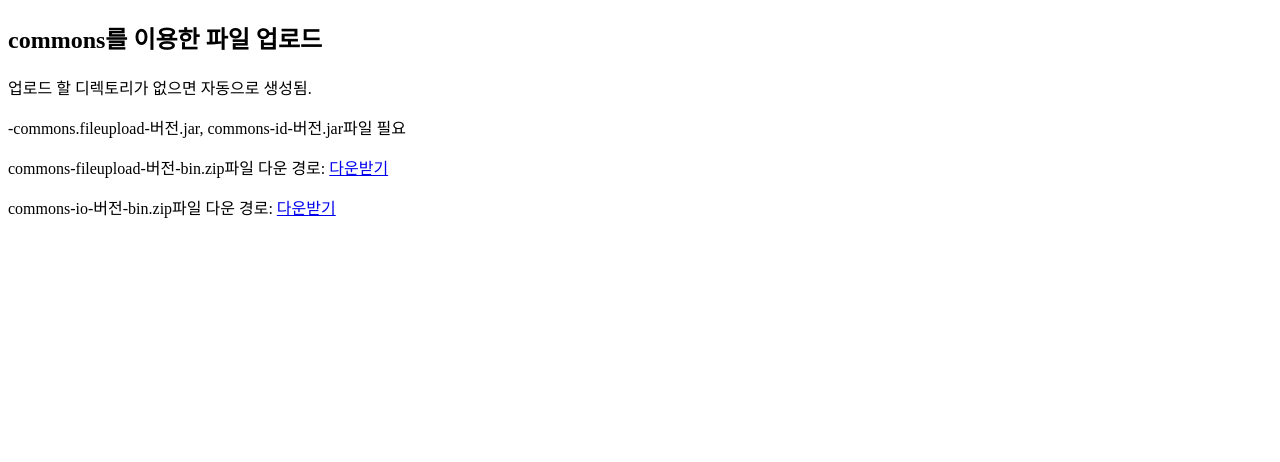
Repository: iwanttogohomenow/jspwork
Page: http://localhost/second/11_03_fileupload03.jsp
These files come from the project's save history. The page is drawn as it stood at one moment and after a run of saves; the edit follows.
The browser window is 1280 px wide. The pictures show the whole page.
The page is served by Tomcat 9. Other server files are loaded and not shown.

Above is the page before, as saved 2023-03-08 08:04:58.

### second/src/main/webapp/11_03_fileupload03.jsp
<%@ page language="java" contentType="text/html; charset=UTF-8"%>
<!DOCTYPE html>
<html>
<head>
<title>File upload</title>
</head>
<body>
<h2>commons를 이용한 파일 업로드</h2>
<p>업로드 할 디렉토리가 없으면 자동으로 생성됨.</p>
<p> -commons.fileupload-버전.jar, commons-id-버전.jar파일 필요</p>
<dl>
<p>commons-fileupload-버전-bin.zip파일 다운 경로:
<a href="https://commons.apache.org/proper/commons-fileupload/download_fileupload.cgi" target="_blank">다운받기</a></p>
<p>commons-io-버전-bin.zip파일 다운 경로:
<a href="https://commons.apache.org/proper/commons-io/download_io.cgi" target = "_blank">다운받기</a></p>


</dl>
<form action="11_03_fileupload03_process.jsp" method="post" enctype="multipart/form-data">


</form>

</body>
</html>

After the next 2 saves:
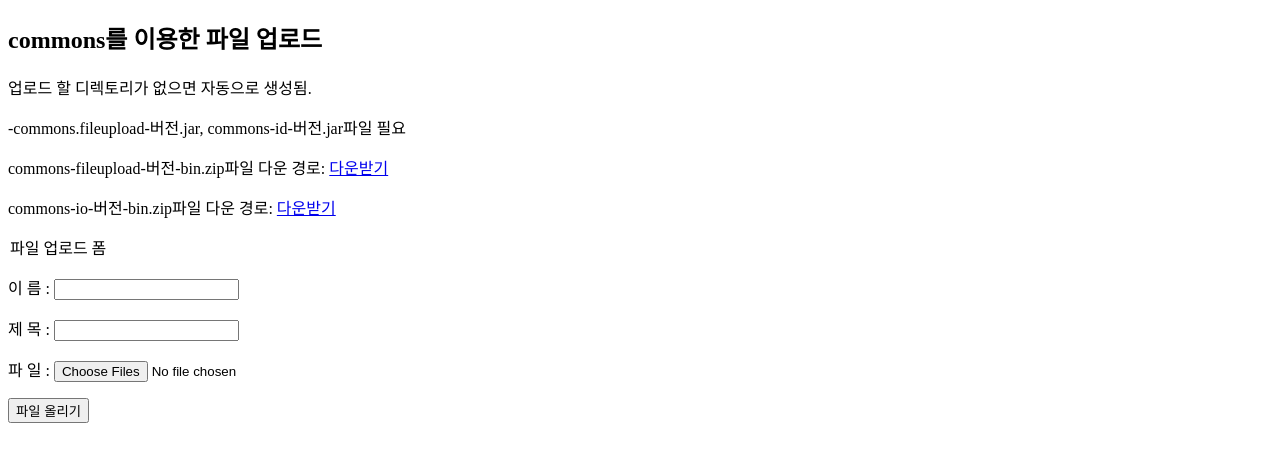
The 2 saves are shown as one change because 1 did not build or start.
The last was saved 13 min 42 s later.
--- a/second/src/main/webapp/11_03_fileupload03.jsp
+++ b/second/src/main/webapp/11_03_fileupload03.jsp
@@ -5,21 +5,45 @@
 <title>File upload</title>
 </head>
 <body>
-<h2>commons를 이용한 파일 업로드</h2>
-<p>업로드 할 디렉토리가 없으면 자동으로 생성됨.</p>
-<p> -commons.fileupload-버전.jar, commons-id-버전.jar파일 필요</p>
-<dl>
-<p>commons-fileupload-버전-bin.zip파일 다운 경로:
-<a href="https://commons.apache.org/proper/commons-fileupload/download_fileupload.cgi" target="_blank">다운받기</a></p>
-<p>commons-io-버전-bin.zip파일 다운 경로:
-<a href="https://commons.apache.org/proper/commons-io/download_io.cgi" target = "_blank">다운받기</a></p>
+	<h2>commons를 이용한 파일 업로드</h2>
+	<p>업로드 할 디렉토리가 없으면 자동으로 생성됨.</p>
+	<p>-commons.fileupload-버전.jar, commons-id-버전.jar파일 필요</p>
+	<dl>
+		<p>
+			commons-fileupload-버전-bin.zip파일 다운 경로: <a
+				href="https://commons.apache.org/proper/commons-fileupload/download_fileupload.cgi"
+				target="_blank">다운받기</a>
+		</p>
+		<p>
+			commons-io-버전-bin.zip파일 다운 경로: <a
+				href="https://commons.apache.org/proper/commons-io/download_io.cgi"
+				target="_blank">다운받기</a>
+		</p>
 
 
-</dl>
-<form action="11_03_fileupload03_process.jsp" method="post" enctype="multipart/form-data">
+	</dl>
+	<form action="11_03_fileupload03_process.jsp" method="post"
+		enctype="multipart/form-data">
+		<filedset>
+		<legend>파일 업로드 폼</legend>
+		<p>
+			이 름 : <input type="text" name="name">
+		</p>
+		<p>
+			제 목 : <input type="text" name="subject">
+		</p>
+		<!-- 다중 파일 업로드 속성 : multiple="multiple" -->
+		<p>
+			파 일 : <input type="file" name="filename" multiple="multiple">
+		</p>
+		<p>
+			<input type="submit" value="파일 올리기">
+		</p>
+		</filedset>
 
 
-</form>
+
+	</form>
 
 </body>
 </html>
